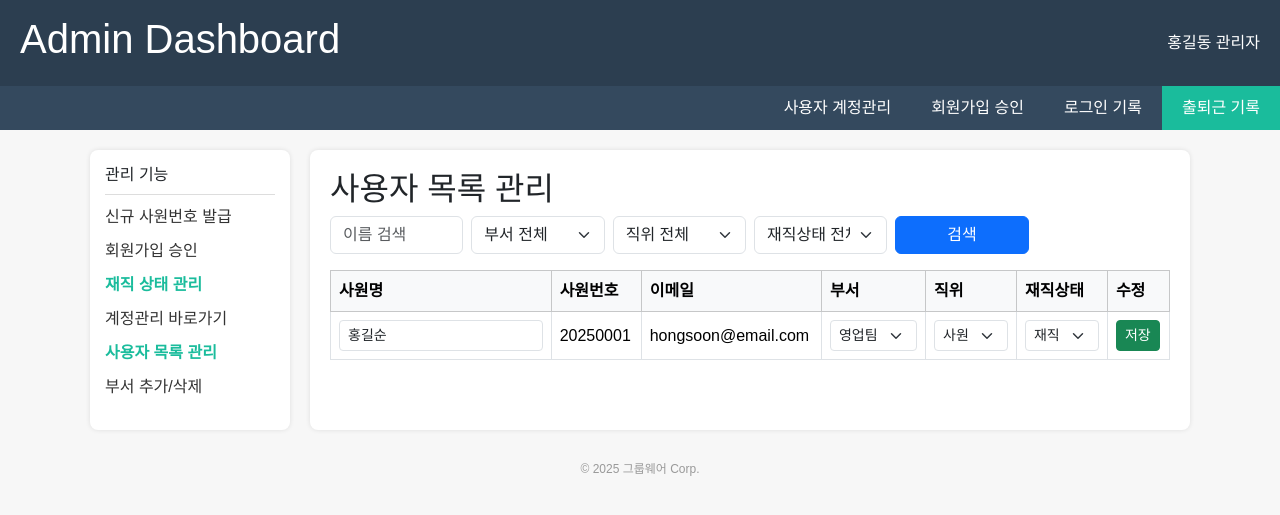
Repository: hyunbin7664/web-java-workspace
Page: groupware/src/main/webapp/admin_user_list.html
These files come from the project's save history. The page is drawn as it stood at one moment and after the next save; the edit follows.
The browser window is 1280 px wide. The pictures show the whole page.

Above is the page before, as saved 2025-07-07 08:35:31.

After the next save:
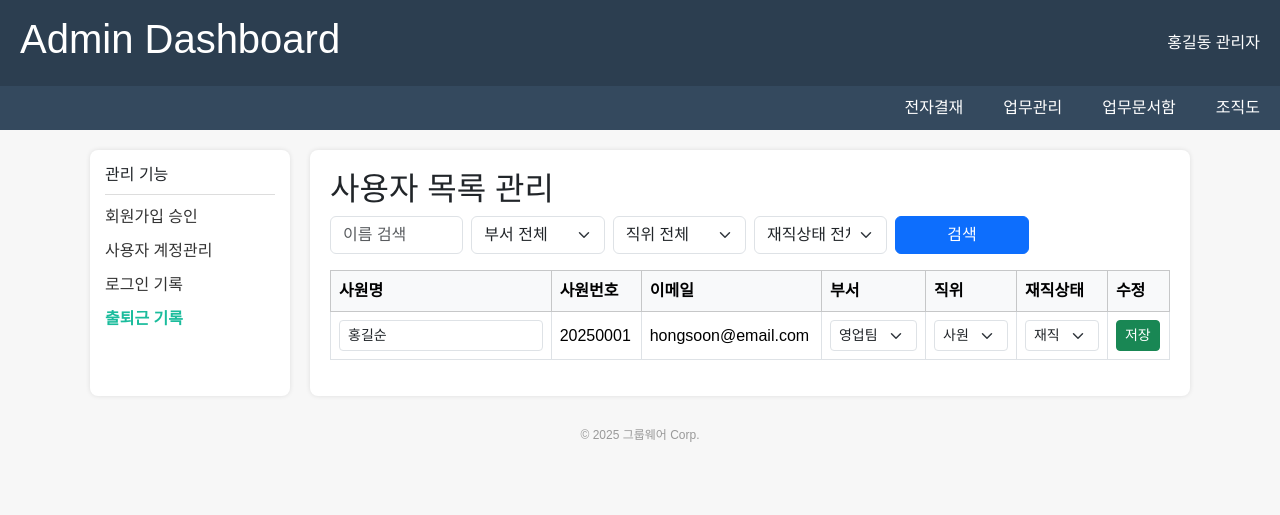
Saved 7 s later.
--- a/groupware/src/main/webapp/admin_user_list.html
+++ b/groupware/src/main/webapp/admin_user_list.html
@@ -103,21 +103,19 @@ footer {
 		<div>홍길동 관리자</div>
 	</header>
 	<nav>
-		<a href="user_list.html">사용자 계정관리</a>
-		<a href="employee_approval.html">회원가입 승인</a>
-		<a href="login_log.html">로그인 기록</a>
-		<a href="attendance_log.html" class="active">출퇴근 기록</a>
+		<a href="#">전자결재</a>
+		<a href="#">업무관리</a>
+		<a href="#">업무문서함</a>
+		<a href="#">조직도</a>
 	</nav>
 	<div class="container">
 		<div class="sidebar">
 			<h3>관리 기능</h3>
 			<ul>
-				<li><a href="employee_approval.html">신규 사원번호 발급</a></li>
-				<li><a href="employee_approval.html">회원가입 승인</a></li>
-				<li><a href="user_list.html" class="active">재직 상태 관리</a></li>
-				<li><a href="admin_dashboard.html">계정관리 바로가기</a></li>
-				<li><a href="user_list.html" class="active">사용자 목록 관리</a></li>
-				<li><a href="user_list.html">부서 추가/삭제</a></li>
+				<li><a href="employee_approval.html">회원가입 승인</a> </li>
+				<li><a href="user_list.html">사용자 계정관리</a> </li>
+				<li><a href="login_log.html">로그인 기록</a> </li>
+				<li><a href="attendance_log.html" class="active">출퇴근 기록</a></li>
 			</ul>
 		</div>
 		<div class="main-content">
